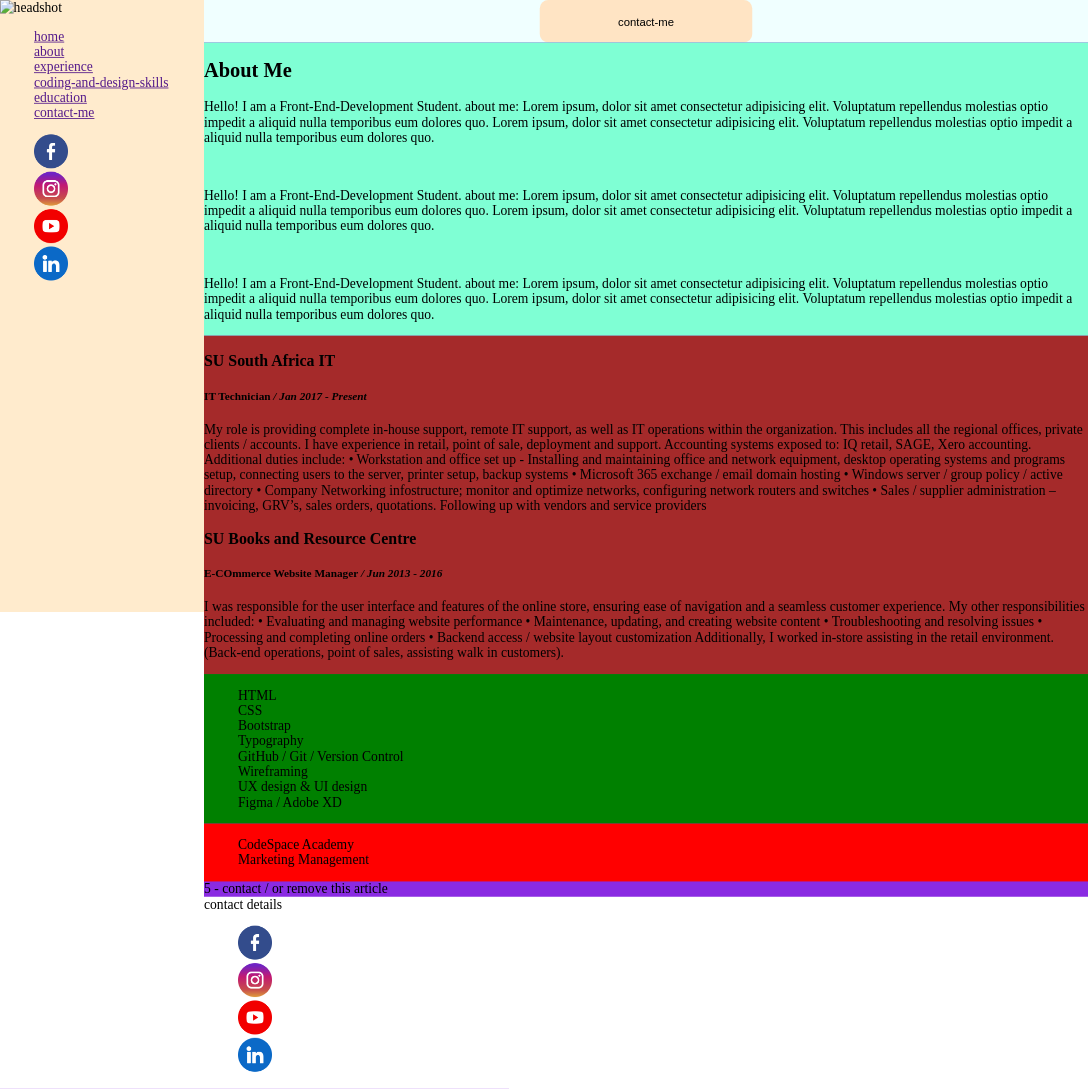
Repository: WesleyErasmus/MyDigitalResume-5
Page: index.html
These files come from the project's save history. The page is drawn as it stood at one moment and after the next save; the edit follows.
The browser window is 1280 px wide. The pictures show the whole page, at 85% of full size.

Above is the page before, as saved 2022-02-25 16:24:42.

After the next save:
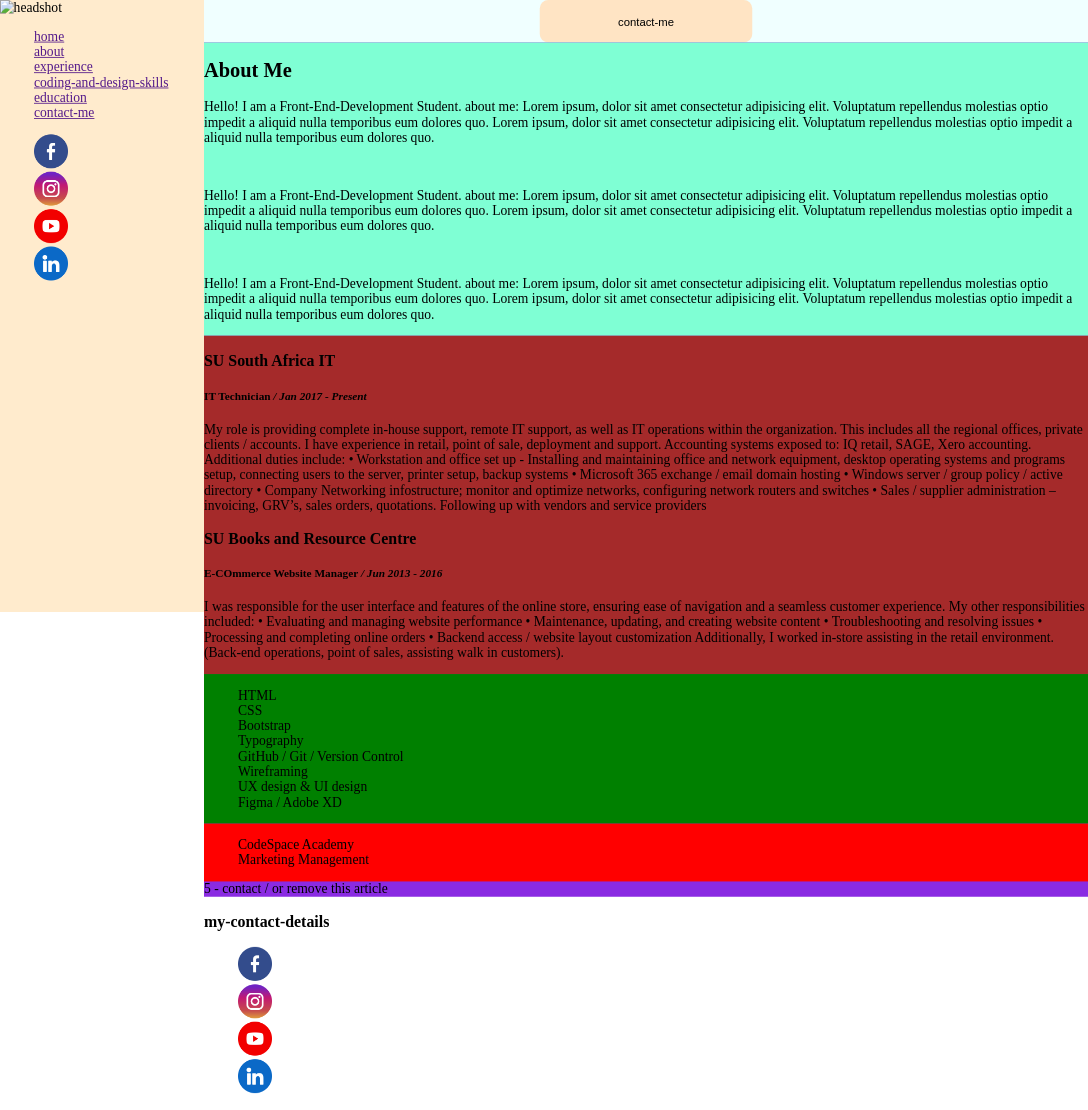
Saved 36 s later.
--- a/index.html
+++ b/index.html
@@ -105,7 +105,7 @@
         </article>
     </main>
     <footer>
-        contact details
+        <h3>my-contact-details</h3>
 
         <ul class="social-media-links">
             <li><a href="https://www.facebook.com/codespaceza" target="_blank"><img src="/icons/facebook.png"
